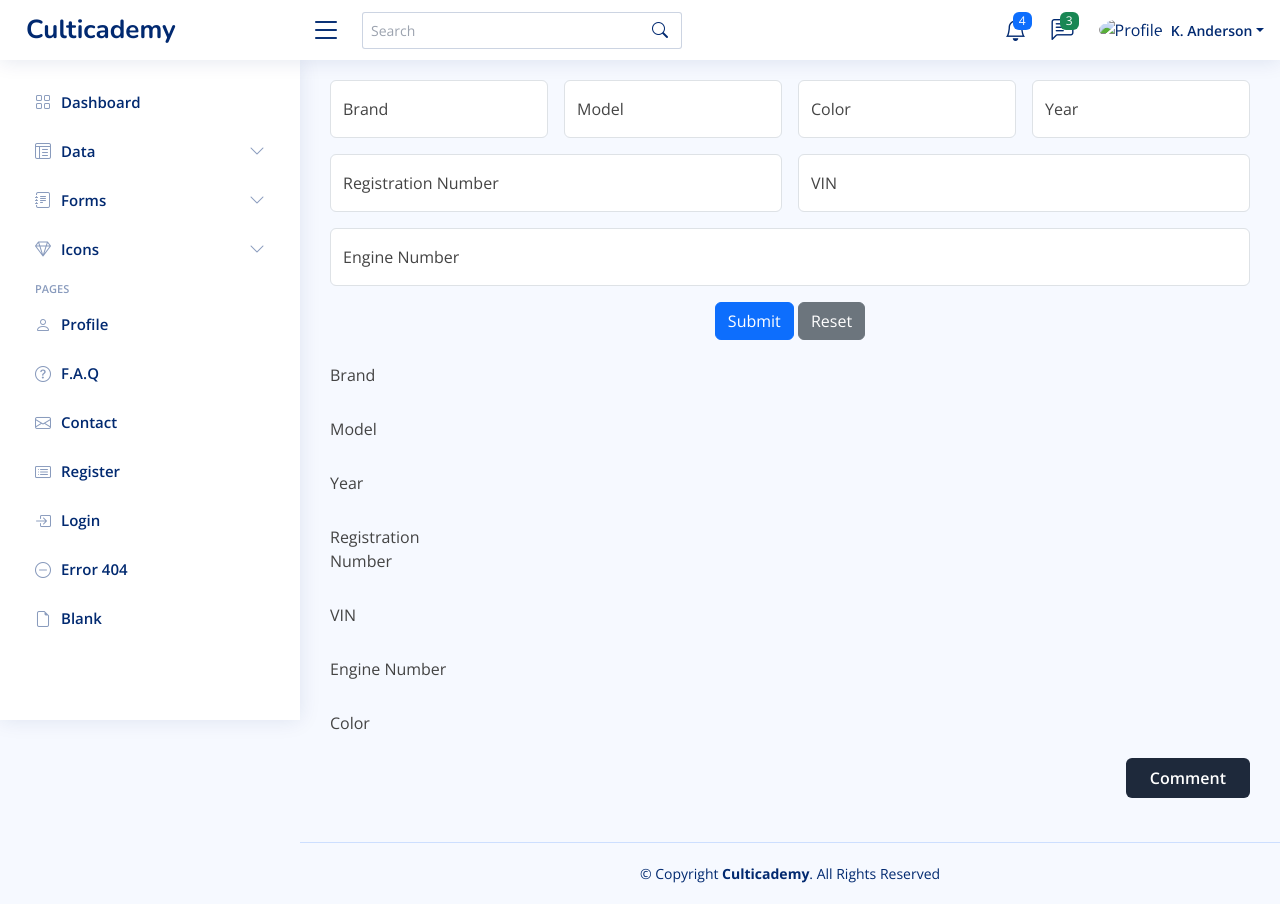
Repository: Jistoper/car_rental
Page: http://localhost/create
The author's editor kept a copy of each file at every save. The page is drawn from the files as they stood at one save, then again after the next save.
The browser window is 1280 px wide. The pictures show the whole page.
The page is served by the project's Laravel application, run on PHP 8.4 with Laravel 9. Other server files are loaded and not shown. Style sheets and scripts are compiled from the project's sources, by tool versions that may differ from the author's.

Above is the page before, as saved 2023-06-22 14:40:47.

### routes/web.php
<?php

use Illuminate\Support\Facades\Route;
use App\Http\Controllers\carcontroller;

/*
|--------------------------------------------------------------------------
| Web Routes
|--------------------------------------------------------------------------
|
| Here is where you can register web routes for your application. These
| routes are loaded by the RouteServiceProvider within a group which
| contains the "web" middleware group. Now create something great!
|
*/

Route::get('/dashboard', function () {
    return view('backsite.dashboard');
})->name('dashboard');

Route::controller(CarController::class)->as('car.')->group(function(){
    Route::get('/car', 'getall')->name('getall');
    Route::get('/create', 'create')->name('create');
    Route::post('/create', 'store')->name('store');
});

### app/Http/Controllers/carcontroller.php
<?php

namespace App\Http\Controllers;

use Illuminate\Http\Request;
use Illuminate\Support\Facades\Http;
use Illuminate\Support\Facades\View;


class CarController extends Controller
{
    public function getall()
    {
        $response = Http::get('http://localhost:8080/api/cars');
        $cars = json_decode($response, true);

        return view('backsite.content.car.cartable', ['Cars' => $cars['Cars']]);
    }

    public function getbyid()
    {

    }

    public function create()
    {
        return View('backsite.content.car.createcar');
    }

    public function storeCar()
    {
        $data = [
            "brand" => "Toyota",
            "model" => "Avanza",
            "year" => 2022,
            "registration_number" => "AB123CD",
            "vin" => "1HGCM82633A123456",
            "engine_number" => "ENG123456789",
            "color" => "Black",
            "is_available" => true
        ];

        $token = "Bearer eyJhbGciOiJIUzI1NiIsInR5cCI6IkpXVCJ9.eyJleHAiOjE2ODkxNjgwMjMsInN1YiI6InRlc3QxMiJ9.-ezLSqJzIuUbum_p1NXeInNHkG953SP_4fMdbOgrlUo"; // Replace with your actual auth token

        $response = Http::withHeaders([
            "Authorization" => $token,
            "Content-Type" => "application/json",
        ])->post('http://localhost:8080/api/cars', $data);
    }

    public function update()
    {

    }

    public function delete()
    {

    }
}

### resources/views/backsite/content/car/createcar.blade.php
@extends('backsite.dashboard')

@section('content')

<div>
    <form class="row g-3">
        <div class="col-md-3">
            <div class="form-floating">
                <input type="text" name="brand" id="brand" class="form-control @error('brand') border-red-500 @enderror" value="{{ old('brand') }}" placeholder="Brand">
                <label for="brand">Brand</label>
            </div>
        </div>
        <div class="col-md-3">
            <div class="form-floating">
                <input type="text" name="model" id="model" class="form-control @error('model') border-red-500 @enderror" value="{{ old('model') }}" placeholder="Model">
                <label for="model">Model</label>
            </div>
        </div>
        <div class="col-md-3">
            <div class="form-floating">
                <input type="text" name="color" id="color" class="form-control @error('color') border-red-500 @enderror" value="{{ old('color') }}" placeholder="Color">
                <label for="color">Color</label>
            </div>
        </div>
        <div class="col-md-3">
            <div class="form-floating">
                <input type="text" name="year" id="year" class="form-control @error('year') border-red-500 @enderror" value="{{ old('year') }}" placeholder="Year">
                <label for="year">Year</label>
            </div>
        </div>
        <div class="col-md-6">
          <div class="form-floating">
            <input type="text" name="registration_number" id="registration_number" class="form-control @error('registration_number') border-red-500 @enderror" value="{{ old('registration_number') }}" placeholder="Registration Number">
            <label for="registration_number">Registration Number</label>
          </div>
        </div>
        <div class="col-md-6">
          <div class="col-md-12">
            <div class="form-floating">
                <input type="text" name="vin" id="vin" class="form-control @error('vin') border-red-500 @enderror" value="{{ old('vin') }}" placeholder="VIN">
              <label for="vin">VIN</label>
            </div>
          </div>
        </div>
        <div class="col-md-12">
          <div class="form-floating">
            <input type="text" name="engine_number" id="engine_number" class="form-control @error('engine_number') border-red-500 @enderror" value="{{ old('engine_number') }}" placeholder="Engine Number">
            <label for="engine_number">Engine Number</label>
          </div>
        </div>
        <div class="text-center mb-3">
          <button type="submit" class="btn btn-primary">Submit</button>
          <button type="reset" class="btn btn-secondary">Reset</button>
        </div>
      </form><!-- End floating Labels Form -->
    <form action="{{ route('car.store') }}" method="POST" class="mb-4">
        @csrf
        <div class="row mb-3">
            <label for="inputText" class="col-sm-2 col-form-label">Brand</label>
            <div class="col-sm-4">

            </div>
        </div>
        <div class="row mb-3">
            <label for="inputText" class="col-sm-2 col-form-label">Model</label>
            <div class="col-sm-4">

            </div>
        </div>
        <div class="row mb-3">
            <label for="inputText" class="col-sm-2 col-form-label">Year</label>
            <div class="col-sm-4">

            </div>
        </div>
        <div class="row mb-3">
            <label for="inputText" class="col-sm-2 col-form-label">Registration Number</label>
            <div class="col-sm-4">

            </div>
        </div>
        <div class="row mb-3">
            <label for="inputText" class="col-sm-2 col-form-label">VIN</label>
            <div class="col-sm-4">

            </div>
        </div>
        <div class="row mb-3">
            <label for="inputText" class="col-sm-2 col-form-label">Engine Number</label>
            <div class="col-sm-4">

            </div>
        </div>
        <div class="row mb-3">
            <label for="inputText" class="col-sm-2 col-form-label">Color</label>
            <div class="col-sm-4">

            </div>
        </div>
        <div class="flex items-center justify-end">
            <button class="flex items-center space-x-1 bg-slate-800 hover:bg-slate-700 text-white font-semibold py-2 px-4 rounded" onclick="getContent()" type="submit">
                <span>
                    Comment
                </span>
            </button>
        </div>
    </form>
</div>

@endsection

### resources/views/backsite/partials/sidebar.blade.php
<aside id="sidebar" class="sidebar">

    <ul class="sidebar-nav" id="sidebar-nav">

      <li class="nav-item">
        <a class="nav-link collapsed" href="{{ route('dashboard') }}">
          <i class="bi bi-grid"></i>
          <span>Dashboard</span>
        </a>
      </li><!-- End Dashboard Nav -->

      <li class="nav-item">
        <a class="nav-link collapsed" data-bs-target="#tables-nav" data-bs-toggle="collapse" href="#">
          <i class="bi bi-layout-text-window-reverse"></i><span>Data</span><i class="bi bi-chevron-down ms-auto"></i>
        </a>
        <ul id="tables-nav" class="nav-content collapse " data-bs-parent="#sidebar-nav">
          <li>
            <a href="{{ route('car.getall') }}">
              <i class="bi bi-circle"></i><span>Cars</span>
            </a>
          </li>
          <li>
            <a href="{{ route('dashboard') }}">
              <i class="bi bi-circle"></i><span>Data Tables</span>
            </a>
          </li>
        </ul>
      </li><!-- End Tables Nav -->

      <li class="nav-item">
        <a class="nav-link collapsed" data-bs-target="#forms-nav" data-bs-toggle="collapse" href="#">
          <i class="bi bi-journal-text"></i><span>Forms</span><i class="bi bi-chevron-down ms-auto"></i>
        </a>
        <ul id="forms-nav" class="nav-content collapse " data-bs-parent="#sidebar-nav">
          <li>
            <a href="forms-elements.html">
              <i class="bi bi-circle"></i><span>Form Elements</span>
            </a>
          </li>
          <li>
            <a href="forms-layouts.html">
              <i class="bi bi-circle"></i><span>Form Layouts</span>
            </a>
          </li>
          <li>
            <a href="forms-editors.html">
              <i class="bi bi-circle"></i><span>Form Editors</span>
            </a>
          </li>
          <li>
            <a href="forms-validation.html">
              <i class="bi bi-circle"></i><span>Form Validation</span>
            </a>
          </li>
        </ul>
      </li><!-- End Forms Nav -->

      <li class="nav-item">
        <a class="nav-link collapsed" data-bs-target="#icons-nav" data-bs-toggle="collapse" href="#">
          <i class="bi bi-gem"></i><span>Icons</span><i class="bi bi-chevron-down ms-auto"></i>
        </a>
        <ul id="icons-nav" class="nav-content collapse " data-bs-parent="#sidebar-nav">
          <li>
            <a href="icons-bootstrap.html">
              <i class="bi bi-circle"></i><span>Bootstrap Icons</span>
            </a>
          </li>
          <li>
            <a href="icons-remix.html">
              <i class="bi bi-circle"></i><span>Remix Icons</span>
            </a>
          </li>
          <li>
            <a href="icons-boxicons.html">
              <i class="bi bi-circle"></i><span>Boxicons</span>
            </a>
          </li>
        </ul>
      </li><!-- End Icons Nav -->

      <li class="nav-heading">Pages</li>

      <li class="nav-item">
        <a class="nav-link collapsed" href="users-profile.html">
          <i class="bi bi-person"></i>
          <span>Profile</span>
        </a>
      </li><!-- End Profile Page Nav -->

      <li class="nav-item">
        <a class="nav-link collapsed" href="pages-faq.html">
          <i class="bi bi-question-circle"></i>
          <span>F.A.Q</span>
        </a>
      </li><!-- End F.A.Q Page Nav -->

      <li class="nav-item">
        <a class="nav-link collapsed" href="pages-contact.html">
          <i class="bi bi-envelope"></i>
          <span>Contact</span>
        </a>
      </li><!-- End Contact Page Nav -->

      <li class="nav-item">
        <a class="nav-link collapsed" href="pages-register.html">
          <i class="bi bi-card-list"></i>
          <span>Register</span>
        </a>
      </li><!-- End Register Page Nav -->

      <li class="nav-item">
        <a class="nav-link collapsed" href="pages-login.html">
          <i class="bi bi-box-arrow-in-right"></i>
          <span>Login</span>
        </a>
      </li><!-- End Login Page Nav -->

      <li class="nav-item">
        <a class="nav-link collapsed" href="pages-error-404.html">
          <i class="bi bi-dash-circle"></i>
          <span>Error 404</span>
        </a>
      </li><!-- End Error 404 Page Nav -->

      <li class="nav-item">
        <a class="nav-link collapsed" href="pages-blank.html">
          <i class="bi bi-file-earmark"></i>
          <span>Blank</span>
        </a>
      </li><!-- End Blank Page Nav -->

    </ul>

  </aside><!-- End Sidebar-->

### public/assets/simple-datatables/style.css
.datatable-wrapper.no-header .datatable-container {
	border-top: 1px solid #d9d9d9;
}

.datatable-wrapper.no-footer .datatable-container {
	border-bottom: 1px solid #d9d9d9;
}

.datatable-top,
.datatable-bottom {
	padding: 8px 10px;
}

.datatable-top > nav:first-child,
.datatable-top > div:first-child,
.datatable-bottom > nav:first-child,
.datatable-bottom > div:first-child {
	float: left;
}

.datatable-top > nav:last-child,
.datatable-top > div:last-child,
.datatable-bottom > nav:last-child,
.datatable-bottom > div:last-child {
	float: right;
}

.datatable-selector {
	padding: 6px;
}

.datatable-input {
	padding: 6px 12px;
}

.datatable-info {
	margin: 7px 0;
}

/* PAGER */
.datatable-pagination ul {
	margin: 0;
	padding-left: 0;
}

.datatable-pagination li {
	list-style: none;
	float: left;
}

.datatable-pagination li.datatable-hidden {
    visibility: hidden;
}

.datatable-pagination a {
	border: 1px solid transparent;
	float: left;
	margin-left: 2px;
	padding: 6px 12px;
	position: relative;
	text-decoration: none;
	color: #333;
    cursor: pointer;
}

.datatable-pagination a:hover {
	background-color: #d9d9d9;
}

.datatable-pagination .datatable-active a,
.datatable-pagination .datatable-active a:focus,
.datatable-pagination .datatable-active a:hover {
	background-color: #d9d9d9;
	cursor: default;
}

.datatable-pagination .datatable-ellipsis a,
.datatable-pagination .datatable-disabled a,
.datatable-pagination .datatable-disabled a:focus,
.datatable-pagination .datatable-disabled a:hover {
    pointer-events: none;
    cursor: default;
}

.datatable-pagination .datatable-disabled a,
.datatable-pagination .datatable-disabled a:focus,
.datatable-pagination .datatable-disabled a:hover {
	cursor: not-allowed;
	opacity: 0.4;
}

.datatable-pagination .datatable-pagination a {
	font-weight: bold;
}

/* TABLE */
.datatable-table {
	max-width: 100%;
	width: 100%;
	border-spacing: 0;
	border-collapse: separate;
}

.datatable-table > tbody > tr > td,
.datatable-table > tbody > tr > th,
.datatable-table > tfoot > tr > td,
.datatable-table > tfoot > tr > th,
.datatable-table > thead > tr > td,
.datatable-table > thead > tr > th {
	vertical-align: top;
	padding: 8px 10px;
}

.datatable-table > thead > tr > th {
	vertical-align: bottom;
	text-align: left;
	border-bottom: 1px solid #d9d9d9;
}

.datatable-table > tfoot > tr > th {
	vertical-align: bottom;
	text-align: left;
	border-top: 1px solid #d9d9d9;
}

.datatable-table th {
	vertical-align: bottom;
	text-align: left;
}

.datatable-table th a {
	text-decoration: none;
	color: inherit;
}

.datatable-sorter, .datatable-filter {
	display: inline-block;
	height: 100%;
	position: relative;
	width: 100%;
}

.datatable-sorter::before,
.datatable-sorter::after {
	content: "";
	height: 0;
	width: 0;
	position: absolute;
	right: 4px;
	border-left: 4px solid transparent;
	border-right: 4px solid transparent;
	opacity: 0.2;
}


.datatable-sorter::before {
	border-top: 4px solid #000;
	bottom: 0px;
}

.datatable-sorter::after {
	border-bottom: 4px solid #000;
	border-top: 4px solid transparent;
	top: 0px;
}

.datatable-ascending .datatable-sorter::after,
.datatable-descending .datatable-sorter::before,
.datatable-ascending .datatable-filter::after,
.datatable-descending .datatable-filter::before {
	opacity: 0.6;
}

.datatable-filter::before {
    content: "";
    position: absolute;
    right: 4px;
    opacity: 0.2;
    width: 0;
    height: 0;
    border-left: 7px solid transparent;
    border-right: 7px solid transparent;
	border-radius: 50%;
    border-top: 10px solid #000;
    top: 25%;
}

.datatable-filter-active .datatable-filter::before {
    opacity: 0.6;
}

.datatable-empty {
	text-align: center;
}

.datatable-top::after, .datatable-bottom::after {
	clear: both;
	content: " ";
	display: table;
}

table.datatable-table:focus tr.datatable-cursor > td:first-child {
	border-left: 3px blue solid;
}

table.datatable-table:focus {
	outline: solid 1px black;
    outline-offset: -1px;
}

Loaded but not shown: app/Http/Controllers/Controller.php (common file); public/assets/bootstrap/css/bootstrap.min.css (library); public/assets/bootstrap-icons/bootstrap-icons.css (library); public/assets/boxicons/css/boxicons.min.css (library); public/assets/apexcharts/apexcharts.min.js (library); public/assets/bootstrap/js/bootstrap.bundle.min.js (library); public/assets/chart.js/chart.umd.js (library); public/assets/echarts/echarts.min.js (library); public/assets/quill/quill.min.js (library); public/assets/simple-datatables/simple-datatables.js (library); public/assets/tinymce/tinymce.min.js (library); resources/css/app.css (common file); public/js/main.js (321 lines, source omitted); public/assets/php-email-form/validate.js (85 lines, source omitted); tailwind.config.js (26 lines, source omitted); public/assets/remixicon/remixicon.css (2526 lines, source omitted); resources/views/backsite/dashboard.blade.php (741 lines, source omitted); public/assets/quill/quill.bubble.css (952 lines, source omitted); public/assets/quill/quill.snow.css (945 lines, source omitted); public/css/style.css (1233 lines, source omitted); resources/views/backsite/partials/header.blade.php (225 lines, source omitted)

After the next save:
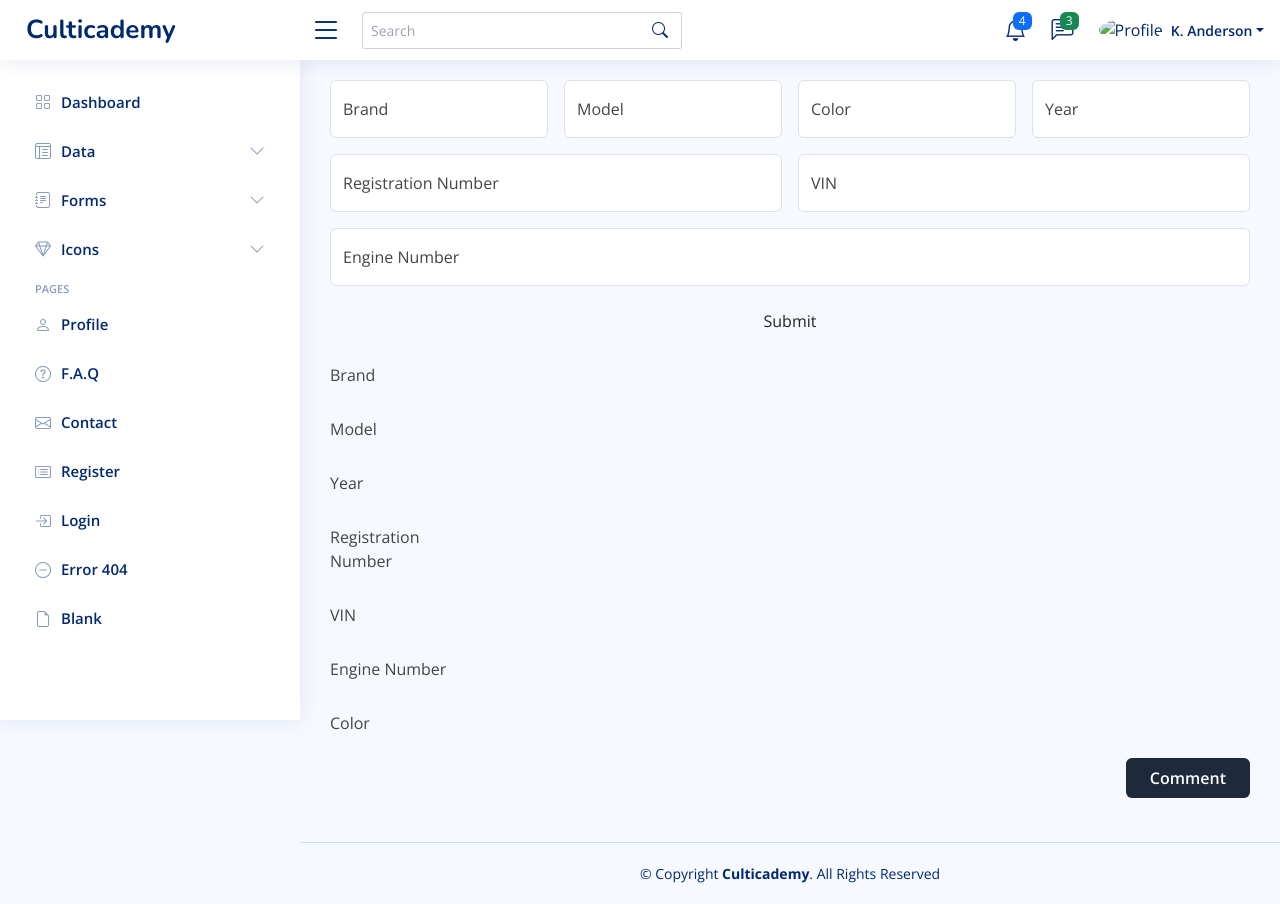
Saved 66 s later.
--- a/resources/views/backsite/content/car/createcar.blade.php
+++ b/resources/views/backsite/content/car/createcar.blade.php
@@ -49,8 +49,11 @@
           </div>
         </div>
         <div class="text-center mb-3">
-          <button type="submit" class="btn btn-primary">Submit</button>
-          <button type="reset" class="btn btn-secondary">Reset</button>
+            <button class="btn btn-rounded-primary" onclick="getContent()" type="submit">
+                <span>
+                    Submit
+                </span>
+            </button>
         </div>
       </form><!-- End floating Labels Form -->
     <form action="{{ route('car.store') }}" method="POST" class="mb-4">
